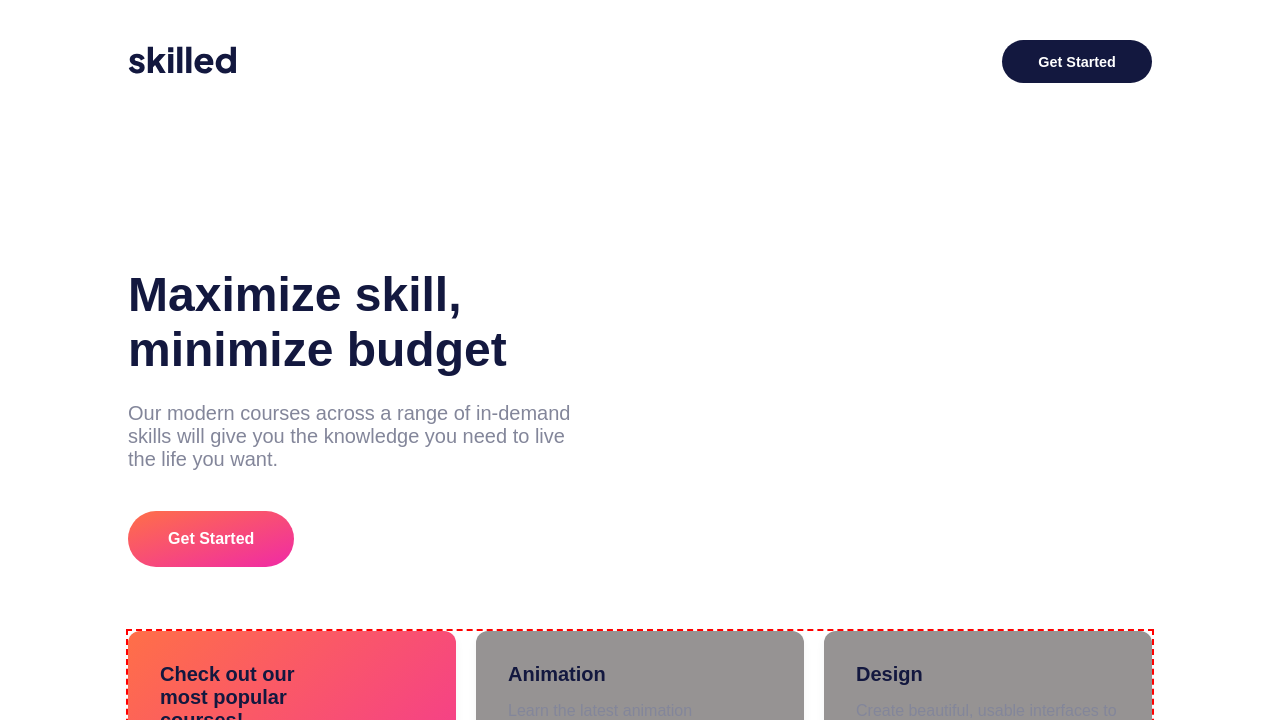
Repository: exe-walt/E-Learning-Landing-Page
Page: index.html
The author's editor kept a copy of each file at every save. The page is drawn from the files as they stood at one save, then again after the next save.
The browser window is 1280 px wide. The pictures show the whole page.
An inner scrolling area shows only its first screen. Some web fonts or font styles are not loaded; a fallback is used.

Above is the page before, as saved 2025-05-29 13:42:45.

### index.html
<!DOCTYPE html> <!-- Document type declaration for HTML5 -->
<html lang="en">
<head>
  <meta charset="UTF-8"> <!-- Character encoding set to UTF-8 -->
  <meta name="viewport" content="width=device-width, initial-scale=1.0"> <!-- Responsive design meta tag -->
  <title>Skilled E-Learning Page</title> <!-- Page title -->
  <link rel="stylesheet" href="css/style.css"> <!-- Link to external CSS file -->
  <link href="https://fonts.cdnfonts.com/css/plus-jakarta-sans" rel="stylesheet"> <!-- Import custom font -->
</head>
<body>
  <div class="content-container"> <!-- Main content container -->

    <!-- NAVBAR SECTION -->
    <div class="navbar">
      <ul>
        <li id="logo">
          <img src="img/skilled-logo.svg" alt="logo">
        </li>
        <li class="navbar-btn">
          <button>Get Started</button> <!-- Call-to-action button -->
        </li>
      </ul>
    </div>

    <!-- HERO SECTION -->
    <div class="hero-section">
      <div class="hero-text">
        <h1>Maximize skill, <br>minimize budget</h1>

        <p>
          Our modern courses across a range of in-demand <br> skills will give you the knowledge you need to live <br> the life you want.
        </p>

        <button class="grad-btn1">Get Started</button>
      </div>
    </div>

    <!--Popular Courses Cards-->
    <div class="cc"> <!--Courses-Container top-->
      <div class="card main-left">
        <h3>Check out our <br>most popular <br>courses! </h3>
      </div>

      <div class="card">
        <h3>Animation</h3>
          <p>Learn the latest animation techniques to create stunning motion design and captivate your audience.</p>
            <a href="#">Get Started</a>
      </div>
      <div class="card">
        <h3>Design</h3>
          <p>Create beautiful, usable interfaces to help shape the future of how the web looks.</p>
            <a href="#">Get Started</a>
      </div>
      <div class="card">
        <h3>Photography</h3>
          <p>Explore critical fundamentals like lighting, composition, and focus to capture exceptional photos.</p>
            <a href="#">Get Started</a>
      </div>
      <div class="card">
        <h3>Crypto</h3>
          <p>All you need to know to get started investing in crypto. Go from beginner to advanced with this 54 hour course.</p>
            <a href="#">Get Started</a>
      </div>
      <div class="card">
        <h3>Business</h3>
          <p>A step-by-step playbook to help you start, scale, and sustain your business without outside investment.</p>
            <a href="#">Get Started</a>
      </div>
    </div>


  </div>

  <!--Footer Section-->
  <div class="footer">
    <ul>
      <li id="logo">
        <img src="img/skilled-1.svg" alt="logo">
      </li>
      <li class="footer-btn">
        <button>Get Started</button> <!-- Call-to-action button -->
      </li>
    </ul>
  </div>

</body>
</html>

### css/style.css
* {
  box-sizing: border-box;
  margin: 0;
  padding: 0;
  font-family: "Plus Jakarta Sans", sans-serif;
}

.navbar, .hero-section{
  background-image: url(../img/Group19.png);
}

body {
  font-family: "Plus Jakarta Sans", sans-serif;
  margin: 0;
  background-color: #ffffff;
}

html, body {
  height: 100%;
  width: 100%;
  overflow-x: hidden;
}

.content-container {
  background-color: #ffffff;
  max-width: 75em;
  width: 80%;
  height: auto;
  margin: 0 auto;
}

.navbar {
  display: flex;
  justify-content: space-between;
  align-items: center;
  background-color: white;
  margin-top: 2.5em;
}

.navbar ul {
  display: flex;
  align-items: center;
  justify-content: space-between;
  width: 100%;
  list-style: none;
}

#logo img {
  height: 1.75em;
  width: auto;
}

.navbar-btn button {
  background-color: #13183f;
  color: white;
  width: 10.4em;
  height: 3em;
  border: none;
  border-radius: 1.8em;
  padding: 0.6rem 1.5rem;
  font-weight: 600;
  font-size: 0.9rem;
  cursor: pointer;
  transition: background-color 0.3s ease;
}

.navbar-btn button:hover {
  background-color: #666CA3;
}

.hero-section {
  display: flex;
}

.hero-text {
  margin-top: 11.5em;
}

.hero-text h1 {
  font-weight: 800; /* ExtraBold */
  font-size: 3rem;
  color: #13183f;
}

.hero-text p {
  font-weight: 400; /* Medium */
  font-size: 1.25rem;
  color: #83869a;
  padding-top: 1.25em;
}

.grad-btn1{
  width: 10.4em;
  height: 3.5em;
  border: none;
  border-radius: 1.8em;
  color: white;
  font-weight: 700;
  font-size: 1em;
  padding: 0.6rem 1.5rem;
  margin-top: 2.5em;
  background: linear-gradient(to bottom right, #FF6F48, #F02AA6);
}

.cc{
  display: grid;
  gap: 10px 20px;
  grid-template-columns: repeat(3, 1fr);
  margin-top: 4em;
  background: linear-gradient(to bottom right, #FFFFFF, F0F1FF);
  /* Debug */
  outline: 2px dashed red;

  /* Ensure it's not being clipped */
  overflow: visible;
}

.card, .main-left {
  min-height: 300px;
}

.main-left {
  background: linear-gradient(to bottom right, #FF6F48, #F02AA6);
  color: white;
}

.main-left h2{
  font-size: 2em;
  font-weight: bolder;
  color: white;
  justify-content: center;
}

.card {
  border-radius: 12px;
  background-color: rgb(150, 147, 147);
  box-shadow: 0 4px 10px rgba(0, 0, 0, 0.05);
  padding: 2em;
  display: flex;
  flex-direction: column;
  justify-content: space-between;
  gap: 1em;
}

.card h3 {
  font-size: 1.25rem;
  color: #13183f;
  }

.card p {
  color: #83869a;
  font-size: 1rem;
  flex-grow: 1;
}

.card a {
  color: #f74780;
  font-weight: bold;
  text-decoration: none;
}

.footer{
  background-color: #13183F;
  margin-top: 5.5em;
}

.footer ul{
  display: flex;
  align-items: center;
  justify-content: space-between;
  list-style-type: none;
  max-width: 75em;
  width: 80%;
  height: 7.5em;
  margin: 0 auto;
}

.footer-btn button{
  width: 10.4em;
  height: 3em;
  border: none;
  border-radius: 1.8em;
  color: white;
  font-weight: 700;
  font-size: 1em;
  background: linear-gradient(to bottom right, #4851FF, #F02AA6);
}

After the next save:
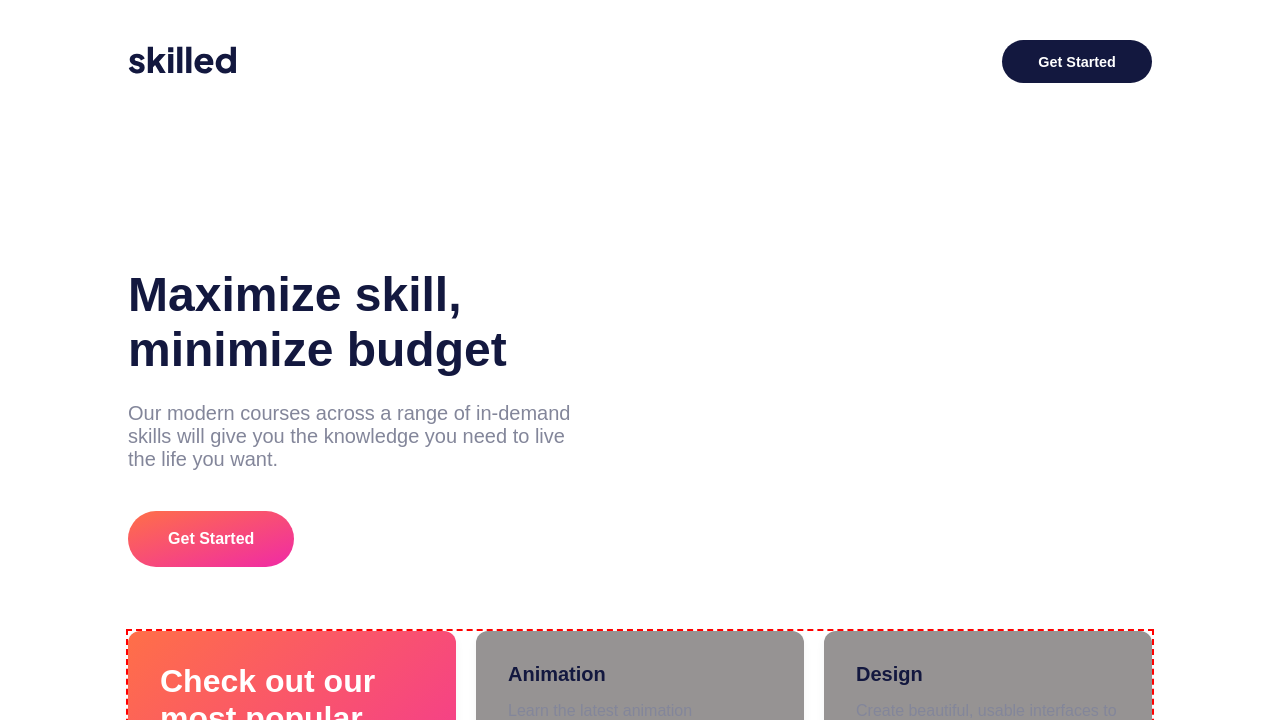
Saved 6 s later.
--- a/index.html
+++ b/index.html
@@ -38,7 +38,7 @@
     <!--Popular Courses Cards-->
     <div class="cc"> <!--Courses-Container top-->
       <div class="card main-left">
-        <h3>Check out our <br>most popular <br>courses! </h3>
+        <h2>Check out our <br>most popular <br>courses! </h2>
       </div>
 
       <div class="card">
